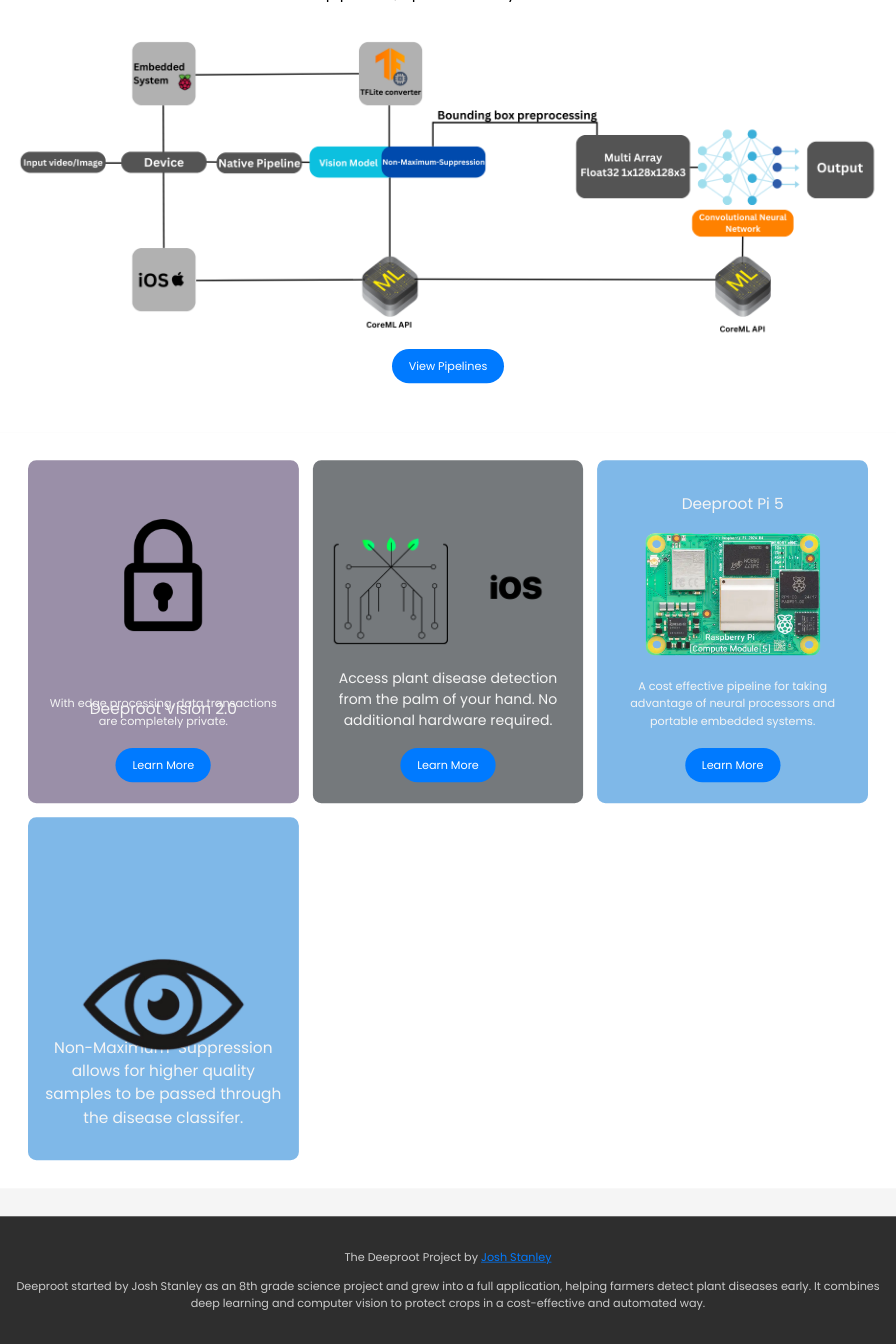
Repository: jss1118/The-Deeproot-Project
Page: Website/index.html
The author's editor kept a copy of each file at every save. The page is drawn from the files as they stood at one save, then again after a run of saves.
The browser window is 1280 px wide. The pictures show the part of the page from y = 1292 to 3212 px (the page is 3212 px tall), at 70% of full size.

Above is the page before, as saved 2025-03-22 06:23:57.

### Website/index.html
<!DOCTYPE html>
<html lang="en">

<head>
  <meta charset="UTF-8">
  <meta name="viewport" content="width=device-width, initial-scale=1.0">
  <title>Deeproot A.I</title>
  <link href="https://fonts.googleapis.com/css2?family=Poppins:wght@400;600&display=swap" rel="stylesheet">
  <style>
    body {
      margin: 0;
      font-family: 'Poppins', sans-serif;
      overflow-x: hidden;
      background-color: #f5f5f5;
    }

    nav {
      background: rgba(22, 22, 22, 0.9);
      position: sticky;
      top: 0;
      width: 100%;
      z-index: 1000;
      display: flex;
      justify-content: center;
    }

    .navlinks {
      list-style: none;
      display: flex;
      gap: 30px;
      padding: 15px;
      margin: 0;
    }

    .navlink, .navicon svg {
      color: #d3d3d3;
      text-decoration: none;
      transition: color 0.3s;
    }

    .navlink:hover, .mainpagelink a:hover {
      color: white;
    }

    .mainpage2, .mainpage3, .mainpage4 {
      padding: 60px 20px;
      text-align: center;
    }

    .mainpage2 {
      background: linear-gradient(135deg, #2e2e2e, #4f4f4f);
      color: white;
    }

    .mainpage2 img, .mainpage3 img, .promo1 img {
      max-width: 100%;
      height: auto;

    }

    .mp2-title1 {
      font-size: 56px;
      font-weight: 600;
      margin-bottom: 15px;
    }

    .mp2-desc, .mp3desc, .titlefont {
      font-size: 22px;
      margin-bottom: 25px;
    }
    .promo4title {
      font-size: 22px;
      margin-bottom: 5px;
      position: relative;
      bottom: 67px;
    }
    .mainpagelink a {
      display: inline-block;
      margin: 10px;
      padding: 12px 24px;
      background: #007aff;
      color: white;
      border-radius: 25px;
      text-decoration: none;
      transition: background 0.3s;
    }

    .mainpage3 {
      background: white;
    }

    .mainpage3 img {
      margin-top: 20px;
      border-radius: 12px;
    }

    .mainpage4 {
      display: grid;
      grid-template-columns: repeat(auto-fit, minmax(300px, 1fr));
      gap: 20px;
      background-color: white;
      padding: 40px;
    }

    .promo1, .promo2, .promo3, .promo4, .promo5, .promo6 {
      background-size: cover;
      background-position: center;
      height: 450px;
      display: flex;
      flex-direction: column;
      justify-content: flex-end;
      padding: 20px;
      color: white;
      border-radius: 12px;
      position: relative;
    }

    .promo1 img, .promo2 img, .promo3 img, .promo4 img, .promo5 img, .promo6 img {
      margin-bottom: 10px;
    }

    .promo1 {
      background-color: #9a8fa8;
      color: #f5f5f5;
    }
    .promo2 {
      background-color: #75797c;
      color: #f5f5f5;
      background-size: cover;
      background-position: center;
      height: 450px;
      display: flex;
      flex-direction: column;
      justify-content: flex-end;
      padding: 20px;
      border-radius: 12px;
      position: relative;
    }
    .promo2 p {
      font-size: 20px;
      margin-bottom: 15px;
    }

    .promo3 {
      background-color: #7fb8e8;
      color: #f5f5f5;
      background-size: cover;
      background-position: center;
      height: 450px;
      display: flex;
      flex-direction: column;
      justify-content: flex-end;
      padding: 20px;
      border-radius: 12px;
      position: relative;
    }
    .promo4 {
      background-color: #7fb8e8;
      color: #f5f5f5;
      background-size: cover;
      background-position: center;
      height: 450px;
      display: flex;
      flex-direction: column;
      justify-content: flex-end;
      padding: 20px;
      border-radius: 12px;
      position: relative;

    }
    .promo1 img {
      width: 160px;
      height: auto;
      margin: 0 auto 15px auto;
      display: block;
      background: none;
      position: relative;
      bottom: 60px;
    }

    .promo2 img {
      width: 360px;
      height: 400px;
      margin: 0 auto 15px auto;
      display: block;
      border-radius: 10px;

      position: relative;
      top: 100px;
    }
    .promo3 img {
      width: 250px;
      height: 175px;
      margin: 0 auto 15px auto;
      display: block;
      border-radius: 10px;

      position: relative;

    }
    .promo4 img {
      position: relative;
      top: 160px;


    }


    footer {
      background-color: #2e2e2e;
      color: #ccc;
      text-align: center;
      padding: 30px 20px;
      margin-top: 40px;
    }

    footer a {
      color: #007aff;
      text-decoration: underline;
    }

    @media (max-width: 768px) {
      .mp2-title1 { font-size: 40px; }
      .mp2-desc, .mp3desc { font-size: 18px; }
      .mainpagelink a { padding: 10px 20px; }
    }
  </style>
</head>

<body>
  <nav>
    <ul class="navlinks">
      <li><a class="navlink" href="/">iOS</a></li>
      <li><a class="navlink" href="/applestore">Raspberry Pi 5</a></li>
      <li><a class="navlink" href="/">Native</a></li>
      <li><a class="navlink" href="/">State-of-the-art Models</a></li>
      <li><a class="navlink" href="/">Developers</a></li>
    </ul>
  </nav>

  <section class="mainpage2">
    <h1 class="mp2-title1">Deeproot</h1>
    <p class="mp2-desc">Portable. Fast. Secure.</p>
    <p class="mp2-desc">The all-in-one automated solution for early plant disease detection.</p>
    <div class="mainpagelink"><a href="#">Learn More</a></div>
    <img src="wide logo.png" alt="Deeproot Logo">
  </section>

  <section class="mainpage3">
    <p class="mp3desc">Three pipelines, optimized for your use case.</p>
    <img src="newgraph.png" alt="Machine Learning Pipelines">
    <div class="mainpagelink"><a href="#">View Pipelines</a></div>
  </section>

  <section class="mainpage4">
    <div class="promo1">
      <img src="lock.fill.png" alt="Promo icon">
      <p>With edge processing, data transactions are completely private. </p>
      <div class="mainpagelink"><a href="#">Learn More</a></div>
    </div>
    <div class="promo2">
      <img src="deeprootios.png" alt="ios icon">
      <p>Access plant disease detection from the palm of your hand. No additional hardware required.</p>
      <div class="mainpagelink"><a href="#">Learn More</a></div>
    </div>



    <div class="promo3">
      <p class="titlefont">Deeproot Pi 5</p>
      <img src="piembedded.png" alt="Raspberry pi embedded">
      <p>A cost effective pipeline for taking advantage of neural processors and portable embedded systems.</p>
      <div class="mainpagelink"><a href="#">Learn More</a></div>
    </div>
    <div class="promo4">
      <p class="promo4title">Deeproot Vision 2.0</p>
      <img src="eye.png" alt="eye image">
      <p class="mp3desc">Non-Maximum-Suppression allows for higher quality samples to be passed through the disease classifer.</p>
    </div>
    <div class="promo5"></div>
    <div class="promo6"></div>
  </section>

  <footer>
    <p>The Deeproot Project by <a href="https://github.com/jss1118/Deeproot-AI">Josh Stanley</a></p>
    <p>Deeproot started by Josh Stanley as an 8th grade science project and grew into a full application, helping farmers detect plant diseases early. It combines deep learning and computer vision to protect crops in a cost-effective and automated way.</p>
  </footer>
</body>
</html>

After the next 3 saves:
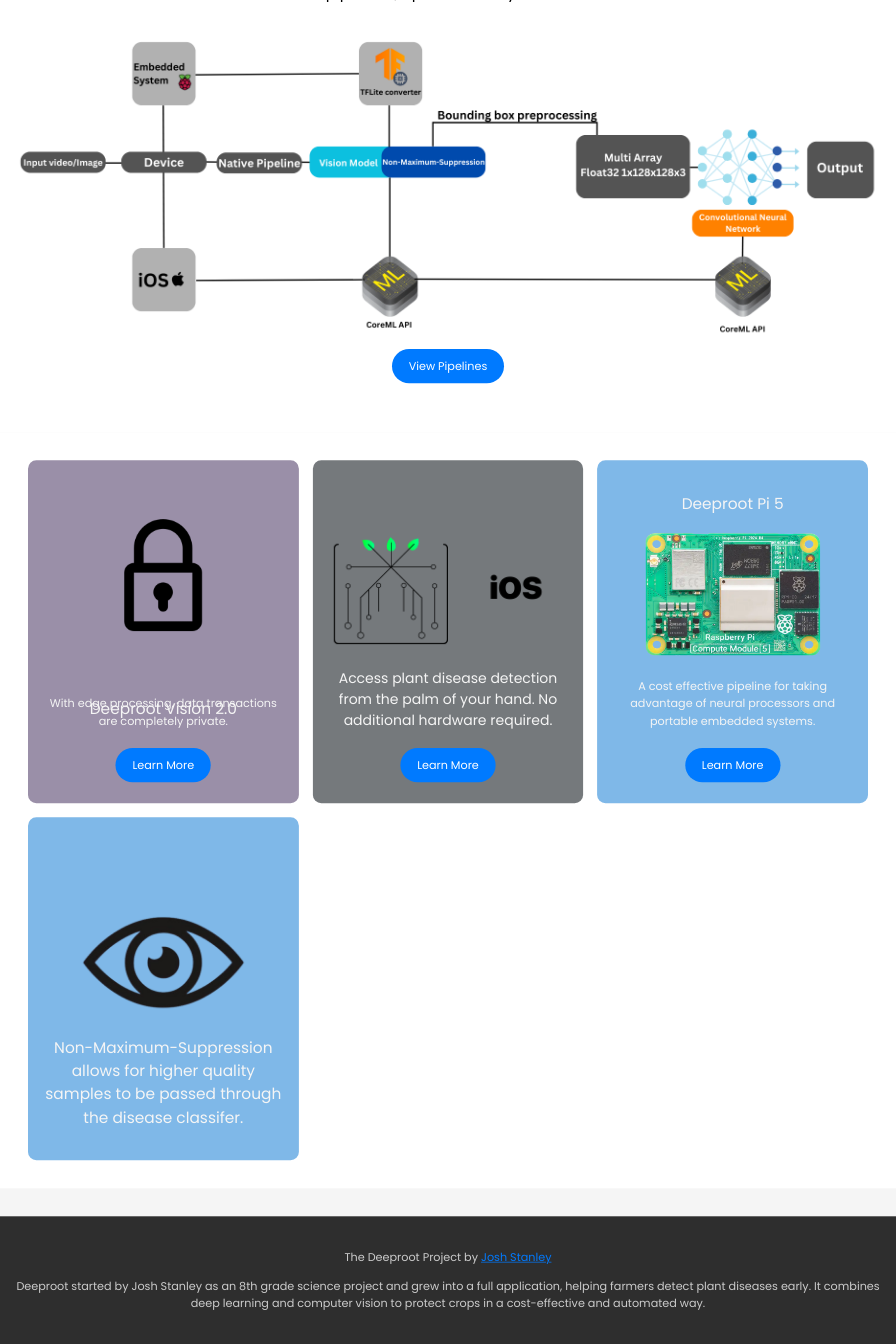
The 3 saves are shown as one change because they came seconds apart.
The last was saved 11 s later.
--- a/Website/index.html
+++ b/Website/index.html
@@ -200,9 +200,7 @@
     }
     .promo4 img {
       position: relative;
-      top: 160px;
-
-
+      top: 100px;
     }
 
 
